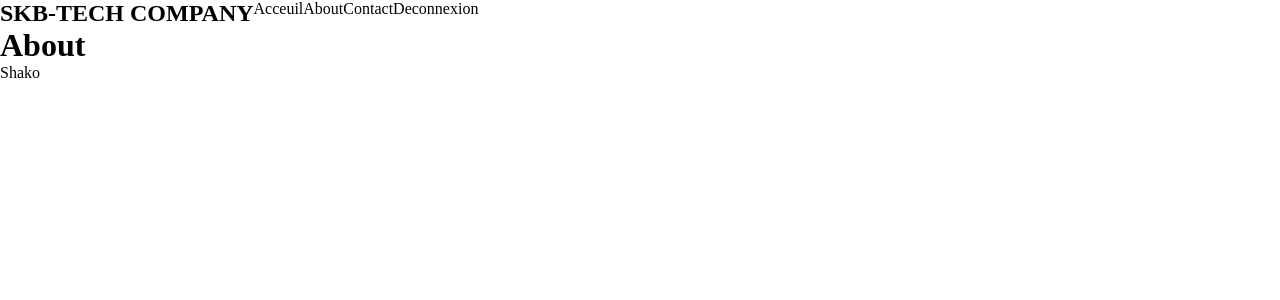
Repository: SKB-TECH/projetExpress
Page: http://localhost/about
An editor plug-in stored every save of this project. The page is shown before and after a run of saves, followed by the edit.
The browser window is 1280 px wide. The pictures show the whole page.
The page is served by the project's Node server (server.js). Other server files are loaded and not shown.

Above is the page before, as saved 2022-10-21 15:14:23.

### views/about.ejs
<%- include('./includes/header.ejs') %>
<main>
  <h1>About</h1>
  <%= nom %>
</main>
<%- include('./includes/footer.ejs') %>

### views/includes/header.ejs
<!DOCTYPE html>
<html lang="en">
  <head>
    <meta charset="UTF-8" />
    <meta http-equiv="X-UA-Compatible" content="IE=edge" />
    <link
      rel="stylesheet"
      href="https://cdnjs.cloudflare.com/ajax/libs/font-awesome/6.2.0/css/all.min.css"
      integrity="sha512-xh6O/CkQoPOWDdYTDqeRdPCVd1SpvCA9XXcUnZS2FmJNp1coAFzvtCN9BmamE+4aHK8yyUHUSCcJHgXloTyT2A=="
      crossorigin="anonymous"
      referrerpolicy="no-referrer"
    />
    <meta name="viewport" content="width=device-width, initial-scale=1.0" />
    <link rel="stylesheet" href="css/style.css" />
    <title>Project Express</title>
  </head>
  <body>
  <header>
    <nav class="nav-list">
        <span>
            <h1 class="titles1">
                SKB-TECH COMPANY
            </h1>
        </span>
      <div class="taches">
        <ul class="list-title">
          <li>Acceuil</li>
          <li>About</li>
          <li>Contact</li>
          <li>Deconnexion</li>
        </ul>
      </div>
    </nav>
  </header>
</html>

### server.js
const express = require('express');
const morgan = require('morgan');
const path = require('path')
const router = require('./routes/router')
const ejs = require('ejs');
const { dirname } = require('path');
const app = express()
/**
    - quelques middlewares pour specification des dossiers
    - specification du moteur de visualisation utilise
 */
app.set('view engine', 'ejs');
app.use('/css', express.static(path.resolve(__dirname, './assets/css')))
app.set('view')
app.use(morgan('tiny'))


// initialisation de toutes routes de l'application
app.use(require('./routes/router'))

// initialisation du server et du port qui va ecoute les requetes du client
app.listen(4000, () => {
    console.log("Serveur lancer deja au port 4000");
})

### controllers/Controllers.js
exports.Home = (req, res) => {
    res.render('main')
}
exports.About = (req, res) => {
    res.render('about', { nom: "Shako" })
}
exports.Contact = (req, res) => {
    res.render('contact')
}

### assets/css/style.css
* {
    padding: 0px;
    margin: 0px;
    box-sizing: border-box;
}

header {
    display: flex;
    width: 100%;
}

nav {
    display: flex;
    flex-direction: row;
    justify-content: space-between;
}

ul {
    display: flex;
    flex-direction: row;
    justify-content: space-between;
    list-style-type: none;
}

Loaded but not shown: views/includes/footer.ejs (common file)

After the next 2 saves:
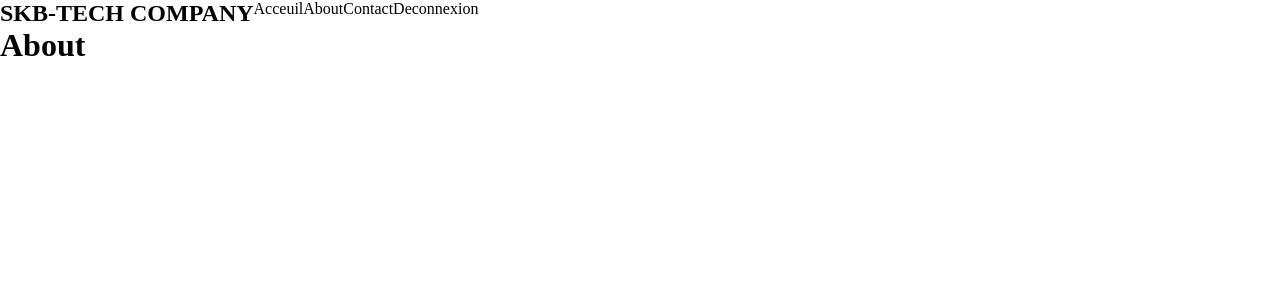
The 2 saves are shown as one change because they came seconds apart.
The last was saved 28 s later.
--- a/views/about.ejs
+++ b/views/about.ejs
@@ -1,6 +1,5 @@
 <%- include('./includes/header.ejs') %>
 <main>
   <h1>About</h1>
-  <%= nom %>
 </main>
 <%- include('./includes/footer.ejs') %>
